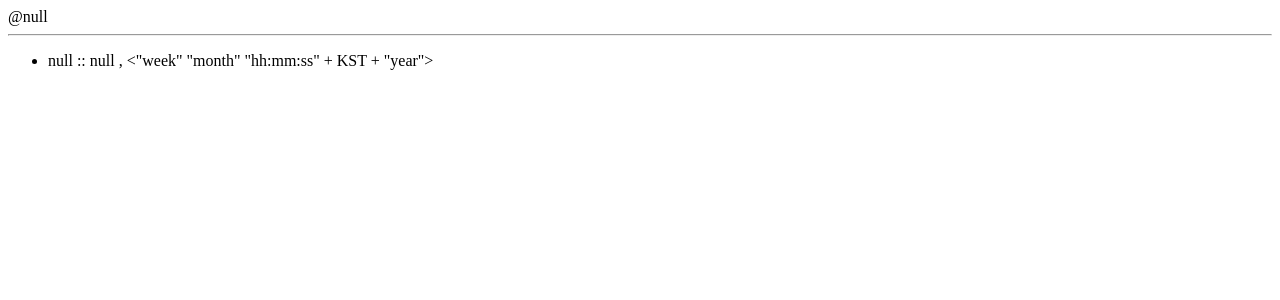
Repository: nijooymik/smartfactory
Page: http://localhost/t0720/twitter_list.jsp
An editor plug-in stored every save of this project. The page is shown before and after the next save, followed by the edit.
The browser window is 1280 px wide. The pictures show the whole page.
The page is served by Tomcat 9.

Above is the page before, as saved 2022-07-20 08:35:34.

After the next save:
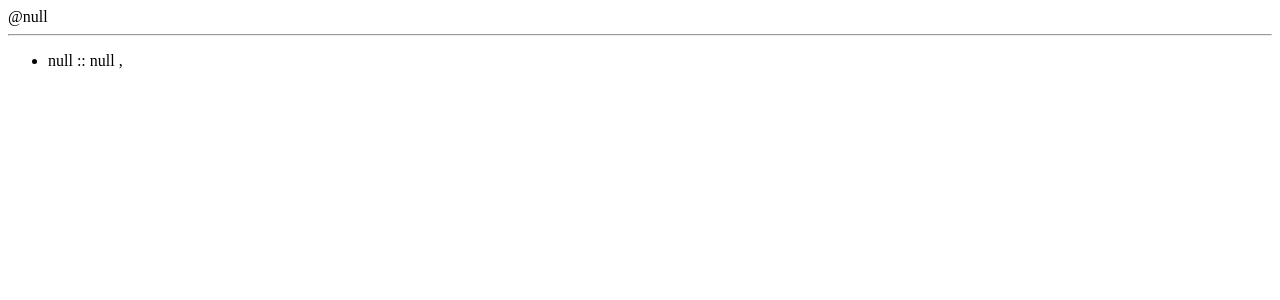
Saved 3 s later.
--- a/jsp/t0720/src/main/webapp/twitter_list.jsp
+++ b/jsp/t0720/src/main/webapp/twitter_list.jsp
@@ -12,7 +12,7 @@
 	<ul>
 		<li><%=session.getAttribute("username")%> ::
 		<%=session.getAttribute("text")%> ,
-		<"week" "month" "hh:mm:ss" + KST + "year">
+
 	</ul>
 </body>
 </html>
